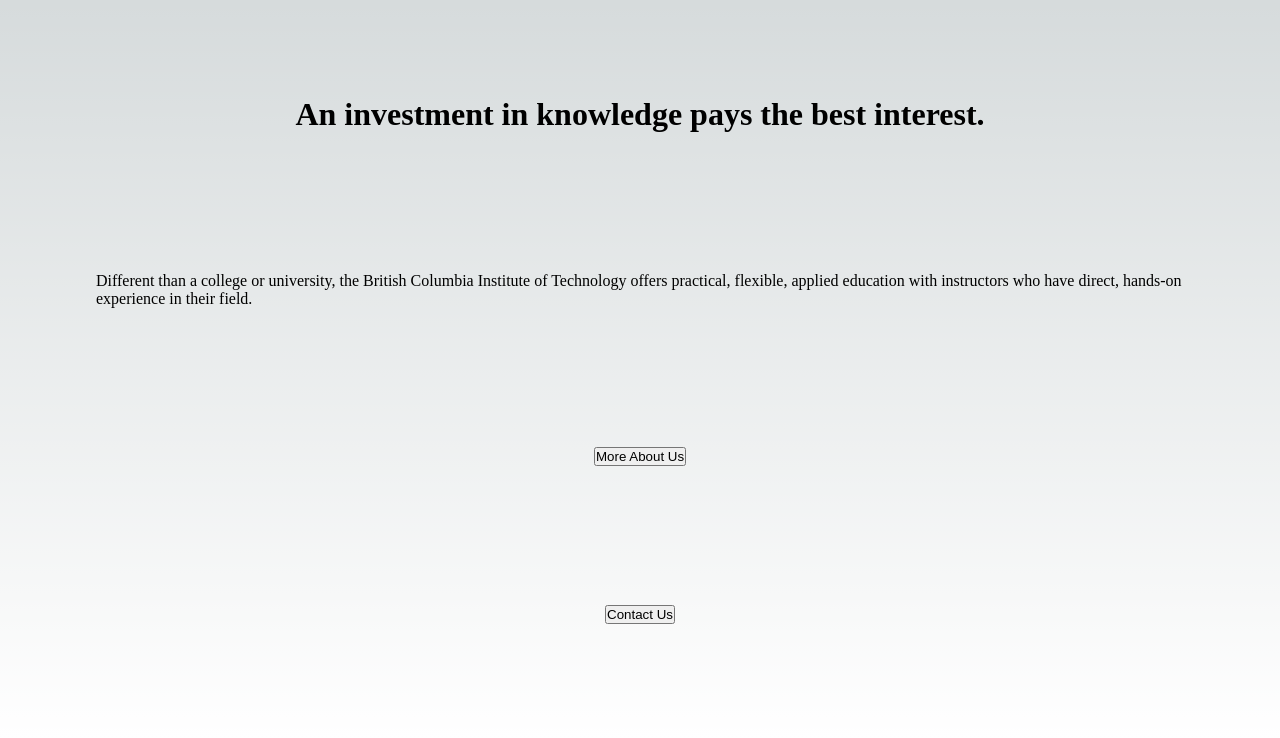
Repository: jennydmcm/assignment-1-playwright-site-A01338943
Page: /
The author's editor kept a copy of each file at every save. The page is drawn from the files as they stood at one save, then again after the next save.
The browser window is 1280 px wide. The pictures show the whole page.
The project was rebuilt for these pictures with package versions that can differ from the ones it lists, and the page was loaded fresh each time. The framework's server and built-in components were replaced by stand-ins that run in the browser. Also part of the build but not shown: next.config.js.

Above is the page before, as saved 2023-02-03 12:14:47.

### pages/_app.js
import '../styles/globals.css'
import '../styles/variables.css'

function MyApp({ Component, pageProps }) {
  return <Component {...pageProps} />
}

export default MyApp

### pages/index.js
import Head from 'next/head'
import Image from 'next/image'
import { Inter } from '@next/font/google'
import styles from '@/styles/Home.module.css'

const inter = Inter({ subsets: ['latin'] })

export default function Home() {
  return (
    <>
      <Head>
        <title>Home</title>
        <meta name="author" content="MDIA 2109" />
        <meta name="og:title" content="Assignment #1 - Home Page" />
        <meta name="og:description" content="BCIT Digital Design and Development Diploma" />
        <link rel="icon" href="/favicon.png" />
      </Head>
      <main className={styles.main}>
        <h1> An investment in knowledge pays the best interest. </h1>
        <p>Different than a college or university, the British Columbia Institute of Technology offers practical, flexible, applied education with instructors who have direct, hands-on experience in their field.</p>
        <button>More About Us</button>
        <button>Contact Us</button>
      </main>
    <a>
      <span>
        <img href="/rightArrow.png"></img>
      </span>
    </a>

    </>
  )
}

### styles/variables.css
:root{
    --primary-color: #fff;
    --secondary-color: #f4d6b9;
    --ternary-color: #14343d;
    --quaternary-color: #14343d;
    --quinary-color: rgba(16,46,53,0.5);

}

### styles/Home.module.css
.main {
  display: flex;
  flex-direction: column;
  justify-content: space-between;
  align-items: center;
  padding: 6rem;
  min-height: 100vh;
}

.description {
  display: inherit;
  justify-content: inherit;
  align-items: inherit;
  font-size: 0.85rem;
  max-width: var(--max-width);
  width: 100%;
  z-index: 2;
  font-family: var(--font-mono);
}

.description a {
  display: flex;
  justify-content: center;
  align-items: center;
  gap: 0.5rem;
}

.description p {
  position: relative;
  margin: 0;
  padding: 1rem;
  background-color: rgba(var(--callout-rgb), 0.5);
  border: 1px solid rgba(var(--callout-border-rgb), 0.3);
  border-radius: var(--border-radius);
}

.code {
  font-weight: 700;
  font-family: var(--font-mono);
}

.grid {
  display: grid;
  grid-template-columns: repeat(4, minmax(25%, auto));
  width: var(--max-width);
  max-width: 100%;
}

.card {
  padding: 1rem 1.2rem;
  border-radius: var(--border-radius);
  background: rgba(var(--card-rgb), 0);
  border: 1px solid rgba(var(--card-border-rgb), 0);
  transition: background 200ms, border 200ms;
}

.card span {
  display: inline-block;
  transition: transform 200ms;
}

.card h2 {
  font-weight: 600;
  margin-bottom: 0.7rem;
}

.card p {
  margin: 0;
  opacity: 0.6;
  font-size: 0.9rem;
  line-height: 1.5;
  max-width: 30ch;
}

.center {
  display: flex;
  justify-content: center;
  align-items: center;
  position: relative;
  padding: 4rem 0;
}

.center::before {
  background: var(--secondary-glow);
  border-radius: 50%;
  width: 480px;
  height: 360px;
  margin-left: -400px;
}

.center::after {
  background: var(--primary-glow);
  width: 240px;
  height: 180px;
  z-index: -1;
}

.center::before,
.center::after {
  content: '';
  left: 50%;
  position: absolute;
  filter: blur(45px);
  transform: translateZ(0);
}

.logo,
.thirteen {
  position: relative;
}

.thirteen {
  display: flex;
  justify-content: center;
  align-items: center;
  width: 75px;
  height: 75px;
  padding: 25px 10px;
  margin-left: 16px;
  transform: translateZ(0);
  border-radius: var(--border-radius);
  overflow: hidden;
  box-shadow: 0px 2px 8px -1px #0000001a;
}

.thirteen::before,
.thirteen::after {
  content: '';
  position: absolute;
  z-index: -1;
}

/* Conic Gradient Animation */
.thirteen::before {
  animation: 6s rotate linear infinite;
  width: 200%;
  height: 200%;
  background: var(--tile-border);
}

/* Inner Square */
.thirteen::after {
  inset: 0;
  padding: 1px;
  border-radius: var(--border-radius);
  background: linear-gradient(
    to bottom right,
    rgba(var(--tile-start-rgb), 1),
    rgba(var(--tile-end-rgb), 1)
  );
  background-clip: content-box;
}

/* Enable hover only on non-touch devices */
@media (hover: hover) and (pointer: fine) {
  .card:hover {
    background: rgba(var(--card-rgb), 0.1);
    border: 1px solid rgba(var(--card-border-rgb), 0.15);
  }

  .card:hover span {
    transform: translateX(4px);
  }
}

@media (prefers-reduced-motion) {
  .thirteen::before {
    animation: none;
  }

  .card:hover span {
    transform: none;
  }
}

/* Tablet */
@media (min-width:600px) and (max-width: 1000px){

}

/* Mobile */
@media (max-width: 600px) {
  .content {
    padding: 4rem;
  }

  .grid {
    grid-template-columns: 1fr;
    margin-bottom: 120px;
    max-width: 320px;
    text-align: center;
  }

  .card {
    padding: 1rem 2.5rem;
  }

  .card h2 {
    margin-bottom: 0.5rem;
  }

  .center {
    padding: 8rem 0 6rem;
  }

  .center::before {
    transform: none;
    height: 300px;
  }

  .description {
    font-size: 0.8rem;
  }

  .description a {
    padding: 1rem;
  }

  .description p,
  .description div {
    display: flex;
    justify-content: center;
    position: fixed;
    width: 100%;
  }

  .description p {
    align-items: center;
    inset: 0 0 auto;
    padding: 2rem 1rem 1.4rem;
    border-radius: 0;
    border: none;
    border-bottom: 1px solid rgba(var(--callout-border-rgb), 0.25);
    background: linear-gradient(
      to bottom,
      rgba(var(--background-start-rgb), 1),
      rgba(var(--callout-rgb), 0.5)
    );
    background-clip: padding-box;
    backdrop-filter: blur(24px);
  }

  .description div {
    align-items: flex-end;
    pointer-events: none;
    inset: auto 0 0;
    padding: 2rem;
    height: 200px;
    background: linear-gradient(
      to bottom,
      transparent 0%,
      rgb(var(--background-end-rgb)) 40%
    );
    z-index: 1;
  }
}

/* Tablet and Smaller Desktop */
@media (min-width: 701px) and (max-width: 1120px) {
  .grid {
    grid-template-columns: repeat(2, 50%);
  }
}

@media (prefers-color-scheme: dark) {
  .vercelLogo {
    filter: invert(1);
  }

  .logo,
  .thirteen img {
    filter: invert(1) drop-shadow(0 0 0.3rem #ffffff70);
  }
}

@keyframes rotate {
  from {
    transform: rotate(360deg);
  }
  to {
    transform: rotate(0deg);
  }
}

Loaded but not shown: pages/_document.js (common file); pages/api/hello.js (common file); styles/globals.css (common file)

After the next save:
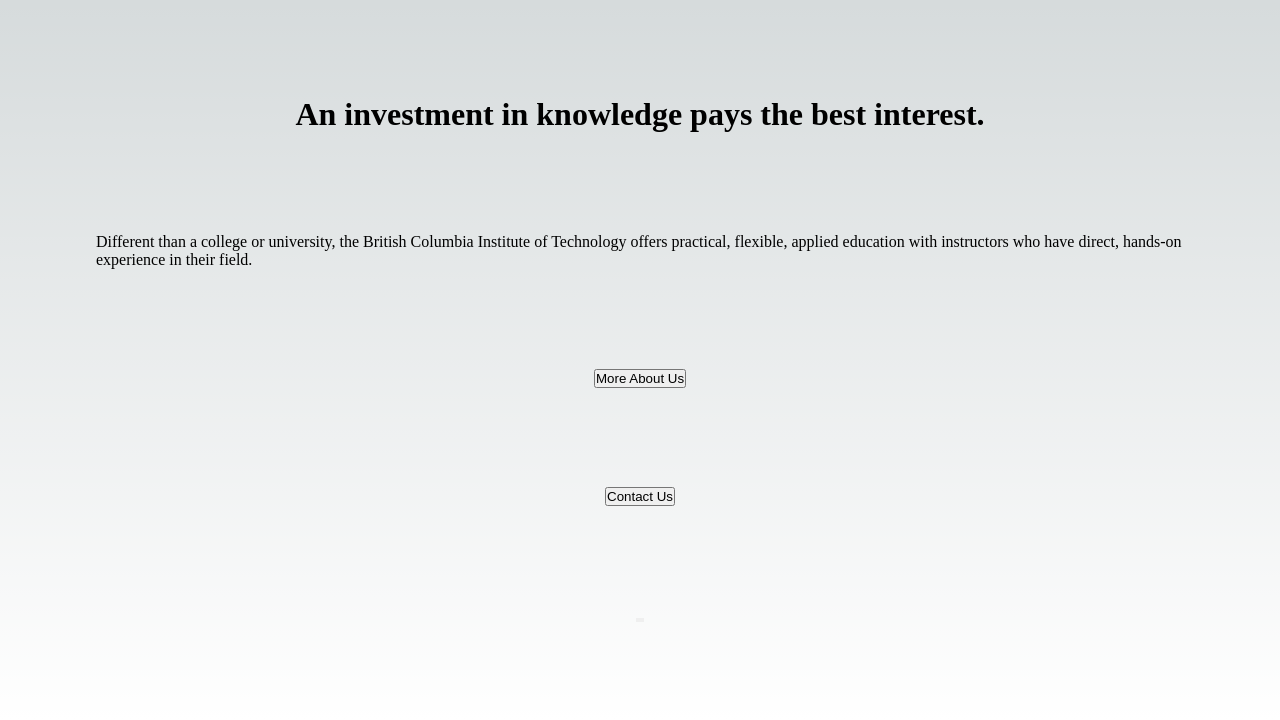
Saved 2 h 42 min later.
--- a/pages/index.js
+++ b/pages/index.js
@@ -10,23 +10,27 @@ export default function Home() {
     <>
       <Head>
         <title>Home</title>
+        <meta name="description" content="Generated by create next app" />
+        <meta name="viewport" content="width=device-width, initial-scale=1" />
         <meta name="author" content="MDIA 2109" />
-        <meta name="og:title" content="Assignment #1 - Home Page" />
-        <meta name="og:description" content="BCIT Digital Design and Development Diploma" />
+        <meta property='og:title' content="Assignment #1 - Home Page" />
+        <meta property='og:description' content="BCIT Digital Design and Development Diploma" />
         <link rel="icon" href="/favicon.png" />
       </Head>
       <main className={styles.main}>
-        <h1> An investment in knowledge pays the best interest. </h1>
-        <p>Different than a college or university, the British Columbia Institute of Technology offers practical, flexible, applied education with instructors who have direct, hands-on experience in their field.</p>
+        <h1>An investment in knowledge pays the best interest.</h1>
+        <p>Different than a college or university, the British Columbia Institute of Technology offers practical, flexible, applied
+          education with instructors who have direct, hands-on experience in their field.</p>
         <button>More About Us</button>
         <button>Contact Us</button>
+        <a>
+          <button></button>
+          <button></button>
+          <span>
+            <img></img>
+          </span>
+        </a>
       </main>
-    <a>
-      <span>
-        <img href="/rightArrow.png"></img>
-      </span>
-    </a>
-
     </>
   )
 }
